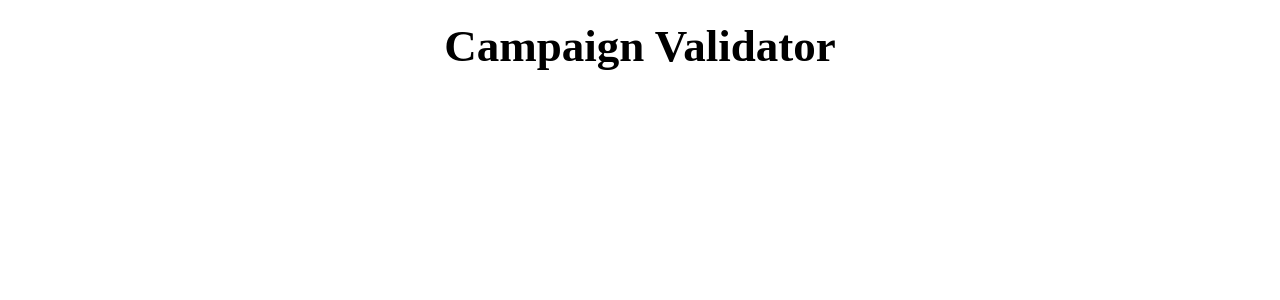
Repository: AbApin/project
Page: / (app in frontend/)
These files come from the project's save history. The page is drawn as it stood at one moment and after a run of saves; the edit follows.
The browser window is 1280 px wide. The pictures show the whole page.
The project was rebuilt for these pictures with package versions that can differ from the ones it lists, and the page was loaded fresh each time. Also part of the build but not shown: frontend/vue.config.js.

Above is the page before, as saved 2023-02-21 15:12:43.

After the next 3 saves:
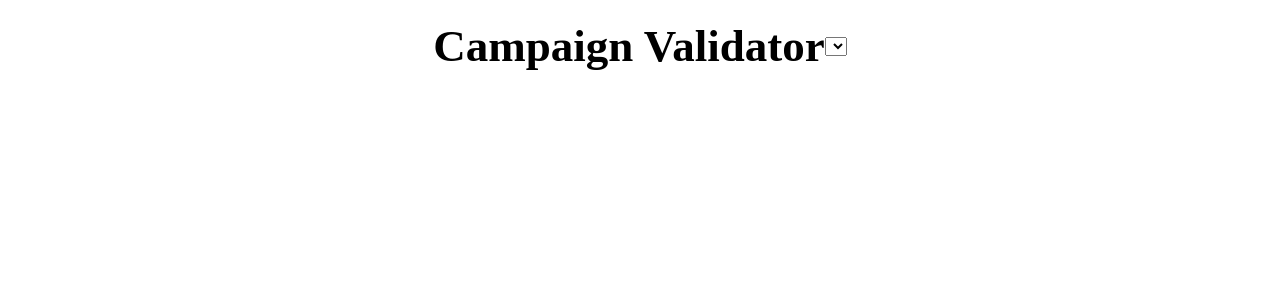
The 3 saves are shown as one change because they came seconds apart.
The last was saved 12 s later.
--- a/frontend/src/App.vue
+++ b/frontend/src/App.vue
@@ -1,6 +1,9 @@
 <template>
   <div id="app">
     <h1 class="appTitle">Campaign Validator</h1>
+    <select name="" id="">
+
+    </select>
   </div>
 </template>
 
